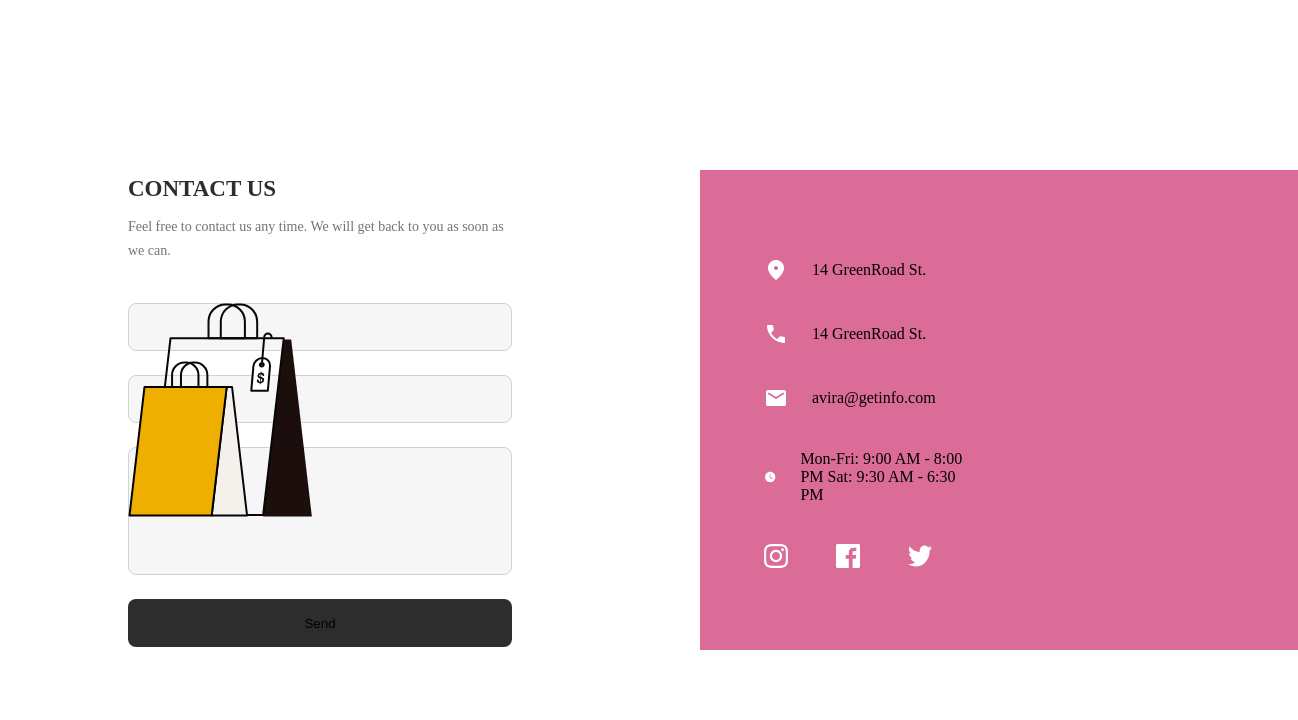
Repository: MehdiKerimov/figma-task-27
Page: pages/contactPage/index.html
The author's editor kept a copy of each file at every save. The page is drawn from the files as they stood at one save, then again after a run of saves.
The browser window is 1280 px wide. The page is 1298 px wide, so the pictures cover 1298 px, including what lies to the right of the window. The pictures show the whole page.
The style sheet was rebuilt from its Sass, Less or Tailwind sources for each picture, by a compiler version that may differ from the author's.

Above is the page before, as saved 2024-02-25 16:34:49.

### pages/contactPage/index.html
<!DOCTYPE html>
<html lang="en">
  <head>
    <meta charset="UTF-8" />
    <meta name="viewport" content="width=device-width, initial-scale=1.0" />
    <title>Document</title>
    <link rel="stylesheet" href="../../css/reset.css" />
    <link rel="stylesheet" href="index.css" />
  </head>
  <body>
    <div class="container">
      <div class="left-container">
        <form action="">
          <h1>CONTACT US</h1>
          <p>
            Feel free to contact us any time. We will get back to you as soon as
            we can.
          </p>
          <label for="">
            <input type="text" />
          </label>
          <label for="">
            <input type="email" />
          </label>
          <label for="">
            <input class="message" type="text" />
          </label>

          <button>Send</button>
        </form>
      </div>

      <div class="right-container">
        <ul>
          <li>
            <svg
              xmlns="http://www.w3.org/2000/svg"
              width="24"
              height="24"
              viewBox="0 0 24 24"
              fill="none"
            >
              <path
                d="M12 12C12.55 12 13.021 11.804 13.413 11.412C13.8043 11.0207 14 10.55 14 10C14 9.45 13.8043 8.979 13.413 8.587C13.021 8.19567 12.55 8 12 8C11.45 8 10.9793 8.19567 10.588 8.587C10.196 8.979 10 9.45 10 10C10 10.55 10.196 11.0207 10.588 11.412C10.9793 11.804 11.45 12 12 12ZM12 22C9.31667 19.7167 7.31267 17.5957 5.988 15.637C4.66267 13.679 4 11.8667 4 10.2C4 7.7 4.80433 5.70833 6.413 4.225C8.021 2.74167 9.88333 2 12 2C14.1167 2 15.979 2.74167 17.587 4.225C19.1957 5.70833 20 7.7 20 10.2C20 11.8667 19.3377 13.679 18.013 15.637C16.6877 17.5957 14.6833 19.7167 12 22Z"
                fill="white"
              />
            </svg>
            <p>14 GreenRoad St.</p>
          </li>
          <li>
            <svg
              xmlns="http://www.w3.org/2000/svg"
              width="24"
              height="24"
              viewBox="0 0 24 24"
              fill="none"
            >
              <path
                d="M19.95 21C17.8 21 15.7043 20.5207 13.663 19.562C11.621 18.604 9.81267 17.3373 8.238 15.762C6.66267 14.1873 5.396 12.379 4.438 10.337C3.47933 8.29567 3 6.2 3 4.05C3 3.75 3.1 3.5 3.3 3.3C3.5 3.1 3.75 3 4.05 3H8.1C8.33333 3 8.54167 3.075 8.725 3.225C8.90833 3.375 9.01667 3.56667 9.05 3.8L9.7 7.3C9.73333 7.53333 9.72933 7.74567 9.688 7.937C9.646 8.129 9.55 8.3 9.4 8.45L7 10.9C7.7 12.1 8.575 13.225 9.625 14.275C10.675 15.325 11.8333 16.2333 13.1 17L15.45 14.65C15.6 14.5 15.796 14.3873 16.038 14.312C16.2793 14.2373 16.5167 14.2167 16.75 14.25L20.2 14.95C20.4333 15 20.625 15.1123 20.775 15.287C20.925 15.4623 21 15.6667 21 15.9V19.95C21 20.25 20.9 20.5 20.7 20.7C20.5 20.9 20.25 21 19.95 21Z"
                fill="white"
              />
            </svg>
            <p>14 GreenRoad St.</p>
          </li>
          <li>
            <svg
              xmlns="http://www.w3.org/2000/svg"
              width="24"
              height="24"
              viewBox="0 0 24 24"
              fill="none"
            >
              <path
                d="M4 20C3.45 20 2.97933 19.8043 2.588 19.413C2.196 19.021 2 18.55 2 18V6C2 5.45 2.196 4.97933 2.588 4.588C2.97933 4.196 3.45 4 4 4H20C20.55 4 21.021 4.196 21.413 4.588C21.8043 4.97933 22 5.45 22 6V18C22 18.55 21.8043 19.021 21.413 19.413C21.021 19.8043 20.55 20 20 20H4ZM12 12.825C12.0833 12.825 12.1707 12.8123 12.262 12.787C12.354 12.7623 12.4417 12.725 12.525 12.675L19.6 8.25C19.7333 8.16667 19.8333 8.06267 19.9 7.938C19.9667 7.81267 20 7.675 20 7.525C20 7.19167 19.8583 6.94167 19.575 6.775C19.2917 6.60833 19 6.61667 18.7 6.8L12 11L5.3 6.8C5 6.61667 4.70833 6.61233 4.425 6.787C4.14167 6.96233 4 7.20833 4 7.525C4 7.69167 4.03333 7.83733 4.1 7.962C4.16667 8.08733 4.26667 8.18333 4.4 8.25L11.475 12.675C11.5583 12.725 11.646 12.7623 11.738 12.787C11.8293 12.8123 11.9167 12.825 12 12.825Z"
                fill="white"
              />
            </svg>
            <p>avira@getinfo.com</p>
          </li>
          <li>
            <svg
              xmlns="http://www.w3.org/2000/svg"
              width="24"
              height="24"
              viewBox="0 0 24 24"
              fill="none"
            >
              <path
                d="M12 2C10.6868 2 9.38642 2.25866 8.17317 2.7612C6.95991 3.26375 5.85752 4.00035 4.92893 4.92893C3.05357 6.8043 2 9.34784 2 12C2 14.6522 3.05357 17.1957 4.92893 19.0711C5.85752 19.9997 6.95991 20.7362 8.17317 21.2388C9.38642 21.7413 10.6868 22 12 22C14.6522 22 17.1957 20.9464 19.0711 19.0711C20.9464 17.1957 22 14.6522 22 12C22 10.6868 21.7413 9.38642 21.2388 8.17317C20.7362 6.95991 19.9997 5.85752 19.0711 4.92893C18.1425 4.00035 17.0401 3.26375 15.8268 2.7612C14.6136 2.25866 13.3132 2 12 2ZM16.2 16.2L11 13V7H12.5V12.2L17 14.9L16.2 16.2Z"
                fill="white"
              />
            </svg>
            <p>Mon-Fri: 9:00 AM - 8:00 PM Sat: 9:30 AM - 6:30 PM</p>
          </li>
        </ul>
        <div class="a-1">
          <a href="https://www.instagram.com/"
            ><svg
              xmlns="http://www.w3.org/2000/svg"
              width="24"
              height="24"
              viewBox="0 0 24 24"
              fill="none"
            >
              <g clip-path="url(#clip0_127_79)">
                <path
                  fill-rule="evenodd"
                  clip-rule="evenodd"
                  d="M7.05273 0.072C8.33236 0.0130909 8.74036 0 12 0C15.2596 0 15.6676 0.0141818 16.9462 0.072C18.2247 0.129818 19.0975 0.333818 19.8611 0.629455C20.6607 0.931636 21.3862 1.404 21.9862 2.01491C22.5971 2.61382 23.0684 3.33818 23.3695 4.13891C23.6662 4.90255 23.8691 5.77527 23.928 7.05164C23.9869 8.33346 24 8.74146 24 12C24 15.2596 23.9858 15.6676 23.928 16.9473C23.8702 18.2236 23.6662 19.0964 23.3695 19.86C23.0684 20.6608 22.5963 21.3864 21.9862 21.9862C21.3862 22.5971 20.6607 23.0684 19.8611 23.3695C19.0975 23.6662 18.2247 23.8691 16.9484 23.928C15.6676 23.9869 15.2596 24 12 24C8.74036 24 8.33236 23.9858 7.05273 23.928C5.77636 23.8702 4.90364 23.6662 4.14 23.3695C3.33919 23.0683 2.61362 22.5963 2.01382 21.9862C1.40332 21.3869 0.930889 20.6617 0.629455 19.8611C0.333818 19.0975 0.130909 18.2247 0.072 16.9484C0.0130909 15.6665 0 15.2585 0 12C0 8.74036 0.0141818 8.33236 0.072 7.05382C0.129818 5.77527 0.333818 4.90255 0.629455 4.13891C0.931334 3.33827 1.40413 2.61307 2.01491 2.01382C2.61386 1.40346 3.3387 0.931029 4.13891 0.629455C4.90255 0.333818 5.77527 0.130909 7.05164 0.072H7.05273ZM16.8491 2.232C15.5836 2.17418 15.204 2.16218 12 2.16218C8.796 2.16218 8.41636 2.17418 7.15091 2.232C5.98036 2.28545 5.34545 2.48073 4.92218 2.64545C4.36255 2.86364 3.96218 3.12218 3.54218 3.54218C3.14405 3.92951 2.83765 4.40104 2.64545 4.92218C2.48073 5.34545 2.28545 5.98036 2.232 7.15091C2.17418 8.41636 2.16218 8.796 2.16218 12C2.16218 15.204 2.17418 15.5836 2.232 16.8491C2.28545 18.0196 2.48073 18.6545 2.64545 19.0778C2.83745 19.5982 3.144 20.0705 3.54218 20.4578C3.92945 20.856 4.40182 21.1625 4.92218 21.3545C5.34545 21.5193 5.98036 21.7145 7.15091 21.768C8.41636 21.8258 8.79491 21.8378 12 21.8378C15.2051 21.8378 15.5836 21.8258 16.8491 21.768C18.0196 21.7145 18.6545 21.5193 19.0778 21.3545C19.6375 21.1364 20.0378 20.8778 20.4578 20.4578C20.856 20.0705 21.1625 19.5982 21.3545 19.0778C21.5193 18.6545 21.7145 18.0196 21.768 16.8491C21.8258 15.5836 21.8378 15.204 21.8378 12C21.8378 8.796 21.8258 8.41636 21.768 7.15091C21.7145 5.98036 21.5193 5.34545 21.3545 4.92218C21.1364 4.36255 20.8778 3.96218 20.4578 3.54218C20.0705 3.14408 19.5989 2.83768 19.0778 2.64545C18.6545 2.48073 18.0196 2.28545 16.8491 2.232ZM10.4673 15.6993C11.3233 16.0556 12.2764 16.1037 13.1639 15.8353C14.0514 15.567 14.8182 14.9988 15.3334 14.2279C15.8485 13.457 16.0801 12.5311 15.9884 11.6085C15.8968 10.6858 15.4876 9.82361 14.8309 9.16909C14.4123 8.7507 13.906 8.43034 13.3487 8.23107C12.7914 8.0318 12.1968 7.95858 11.6078 8.01667C11.0188 8.07477 10.45 8.26274 9.94233 8.56705C9.43468 8.87136 9.00081 9.28445 8.67197 9.77657C8.34312 10.2687 8.12748 10.8276 8.04056 11.413C7.95365 11.9985 7.99762 12.596 8.16932 13.1624C8.34101 13.7288 8.63616 14.2501 9.03351 14.6888C9.43087 15.1275 9.92054 15.4726 10.4673 15.6993ZM7.63855 7.63855C8.2113 7.06579 8.89126 6.61146 9.6396 6.30149C10.3879 5.99151 11.19 5.83197 12 5.83197C12.81 5.83197 13.6121 5.99151 14.3604 6.30149C15.1087 6.61146 15.7887 7.06579 16.3615 7.63855C16.9342 8.2113 17.3885 8.89126 17.6985 9.6396C18.0085 10.3879 18.168 11.19 18.168 12C18.168 12.81 18.0085 13.6121 17.6985 14.3604C17.3885 15.1087 16.9342 15.7887 16.3615 16.3615C15.2047 17.5182 13.6359 18.168 12 18.168C10.3641 18.168 8.79528 17.5182 7.63855 16.3615C6.48182 15.2047 5.83197 13.6359 5.83197 12C5.83197 10.3641 6.48182 8.79528 7.63855 7.63855ZM19.536 6.75055C19.6779 6.61666 19.7916 6.45565 19.8701 6.27706C19.9487 6.09847 19.9907 5.90593 19.9935 5.71083C19.9964 5.51574 19.9601 5.32205 19.8867 5.14125C19.8134 4.96044 19.7045 4.79619 19.5665 4.65822C19.4285 4.52026 19.2643 4.41137 19.0835 4.33802C18.9027 4.26467 18.709 4.22834 18.5139 4.23118C18.3188 4.23403 18.1263 4.27599 17.9477 4.35458C17.7691 4.43317 17.6081 4.54679 17.4742 4.68873C17.2138 4.96476 17.0712 5.33141 17.0768 5.71083C17.0823 6.09026 17.2355 6.4526 17.5038 6.72092C17.7721 6.98924 18.1345 7.14243 18.5139 7.14796C18.8933 7.15349 19.26 7.01093 19.536 6.75055Z"
                  fill="white"
                />
              </g>
              <defs>
                <clipPath id="clip0_127_79">
                  <rect width="24" height="24" fill="white" />
                </clipPath>
              </defs></svg
          ></a>
          <a href="https://www.facebook.com/"
            ><svg
              xmlns="http://www.w3.org/2000/svg"
              width="24"
              height="24"
              viewBox="0 0 24 24"
              fill="none"
            >
              <g clip-path="url(#clip0_127_89)">
                <path
                  d="M22.67 0H1.33C0.978071 0.00261668 0.641298 0.143581 0.39244 0.39244C0.143581 0.641298 0.00261668 0.978071 0 1.33V22.67C0.00261668 23.0219 0.143581 23.3587 0.39244 23.6076C0.641298 23.8564 0.978071 23.9974 1.33 24H12.82V14.72H9.7V11.09H12.82V8.42C12.82 5.32 14.71 3.63 17.49 3.63C18.42 3.63 19.35 3.63 20.28 3.77V7H18.37C16.86 7 16.57 7.72 16.57 8.77V11.08H20.17L19.7 14.71H16.57V24H22.67C23.0219 23.9974 23.3587 23.8564 23.6076 23.6076C23.8564 23.3587 23.9974 23.0219 24 22.67V1.33C23.9974 0.978071 23.8564 0.641298 23.6076 0.39244C23.3587 0.143581 23.0219 0.00261668 22.67 0Z"
                  fill="white"
                />
              </g>
              <defs>
                <clipPath id="clip0_127_89">
                  <rect width="24" height="24" fill="white" />
                </clipPath>
              </defs></svg
          ></a>
          <a href="https://twitter.com/i/flow/login"
            ><svg
              xmlns="http://www.w3.org/2000/svg"
              width="24"
              height="22"
              viewBox="0 0 24 22"
              fill="none"
            >
              <path
                d="M24 2.99454C23.1174 3.4046 22.157 3.69972 21.1676 3.81466C22.1948 3.15743 22.9639 2.11912 23.3308 0.894539C22.367 1.51208 21.3111 1.94511 20.2101 2.17442C19.7499 1.64453 19.1933 1.2224 18.575 0.934326C17.9567 0.646252 17.2899 0.49841 16.6163 0.500013C13.8906 0.500013 11.6986 2.8796 11.6986 5.79971C11.6986 6.20977 11.7447 6.61983 11.8197 7.01436C7.73849 6.78448 4.09855 4.68448 1.67864 1.46924C1.23771 2.2804 1.00665 3.204 1.00949 4.14394C1.00949 5.983 1.87766 7.60459 3.20154 8.55829C2.42136 8.5252 1.65944 8.29423 0.977767 7.88418V7.94942C0.977767 10.5247 2.66795 12.6589 4.92056 13.1497C4.49761 13.268 4.06251 13.3286 3.62553 13.3299C3.30537 13.3299 3.00252 13.2957 2.69679 13.2491C3.31979 15.3491 5.134 16.8744 7.29432 16.9241C5.60413 18.35 3.48708 19.1888 1.18832 19.1888C0.775868 19.1888 0.395145 19.1732 0 19.1235C2.18051 20.6302 4.7677 21.5 7.5539 21.5C16.599 21.5 21.5484 13.4293 21.5484 6.42412C21.5484 6.19424 21.5484 5.96436 21.534 5.73448C22.4915 4.9796 23.3308 4.04454 24 2.99454Z"
                fill="white"
              /></svg
          ></a>
        </div>
      </div>
      <svg class="bottom-img" xmlns="http://www.w3.org/2000/svg" width="184" height="214" viewBox="0 0 184 214" fill="none">
        <path d="M97.5006 1.49594H99.9113C104.417 1.49594 108.738 3.29997 111.924 6.51116C115.11 9.72234 116.899 14.0777 116.899 18.619V35.15H80.5126V18.619C80.5126 14.0777 82.3024 9.72234 85.4882 6.51116C88.6741 3.29997 92.9951 1.49594 97.5006 1.49594V1.49594Z" stroke="#070707" stroke-width="2" stroke-linecap="round" stroke-linejoin="round"/>
        <path d="M109.777 1.49594H112.191C116.696 1.49594 121.017 3.29997 124.203 6.51116C127.389 9.72234 129.179 14.0777 129.179 18.619V35.15H92.7894V18.619C92.7894 16.3703 93.2288 14.1437 94.0825 12.0663C94.9362 9.9888 96.1876 8.10118 97.765 6.51116C99.3425 4.92114 101.215 3.65987 103.276 2.79935C105.337 1.93884 107.547 1.49594 109.777 1.49594Z" stroke="#070707" stroke-width="2" stroke-linecap="round" stroke-linejoin="round"/>
        <path d="M183.862 213.541H135.124L155.784 36.5874H163.198L183.862 213.541Z" fill="#1C0E0C"/>
        <path d="M155.784 35.1474L135.124 212.101H21.8649L42.528 35.1474H155.784Z" stroke="#070707" stroke-width="2" stroke-linecap="round" stroke-linejoin="round"/>
        <path d="M141.33 89.1713H124.739L126.853 64.8154C127.253 60.1986 131.292 56.4556 135.872 56.4556C140.455 56.4556 143.843 60.1986 143.443 64.8154L141.33 89.1713Z" fill="white"/>
        <path d="M139.871 87.7004H123.28L125.393 63.3446C125.796 58.7278 129.833 54.9847 134.416 54.9847C138.996 54.9847 142.387 58.7278 141.984 63.3446L139.871 87.7004Z" stroke="#070707" stroke-width="2" stroke-linecap="round" stroke-linejoin="round"/>
        <path d="M135.004 63.0278C135.75 62.3083 135.824 61.1666 135.17 60.4779C134.516 59.7892 133.381 59.8141 132.636 60.5337C131.89 61.2532 131.816 62.3948 132.47 63.0836C133.124 63.7723 134.259 63.7473 135.004 63.0278Z" stroke="#070707" stroke-width="2" stroke-linecap="round" stroke-linejoin="round"/>
        <path d="M133.882 61.5299L136.247 33.8885C136.326 32.9656 136.746 32.1062 137.424 31.4803C138.102 30.8543 138.987 30.5071 139.907 30.5074C140.881 30.5074 141.817 30.8975 142.506 31.5922C143.196 32.2868 143.584 33.229 143.584 34.2117" stroke="#070707" stroke-width="2" stroke-linecap="round" stroke-linejoin="round"/>
        <path d="M132.787 78.9011C133.209 78.8336 133.601 78.6379 133.91 78.3402C134.177 78.0774 134.342 77.7271 134.375 77.3527C134.402 77.1853 134.39 77.0139 134.34 76.8519C134.291 76.6899 134.204 76.5418 134.087 76.4195C133.79 76.1599 133.44 75.9685 133.062 75.8586L132.195 75.5923C131.679 75.4544 131.178 75.262 130.702 75.0184C130.313 74.8151 129.991 74.5027 129.774 74.1188C129.536 73.6579 129.447 73.134 129.517 72.6196C129.563 71.8705 129.895 71.1684 130.443 70.6601C131.075 70.1167 131.87 69.8043 132.7 69.7735H133.574C134.001 69.8081 134.419 69.9111 134.813 70.0785C135.154 70.2317 135.449 70.4702 135.672 70.7713C135.849 70.9907 135.99 71.2378 136.088 71.5028C136.175 71.7209 136.213 71.9558 136.198 72.1904C136.171 72.4227 136.061 72.6371 135.889 72.794C135.717 72.9508 135.494 73.0395 135.262 73.0435C134.811 73.0435 134.54 72.7979 134.452 72.3068C134.414 72.0382 134.3 71.7865 134.123 71.5819C133.947 71.3773 133.715 71.2286 133.457 71.1539L132.582 71.1254C132.241 71.214 131.921 71.3705 131.641 71.5856C131.518 71.6931 131.42 71.8252 131.351 71.9734C131.282 72.1216 131.244 72.2827 131.241 72.4464C131.216 72.5935 131.223 72.7444 131.264 72.888C131.304 73.0316 131.376 73.1642 131.474 73.2761C131.727 73.5083 132.026 73.6844 132.351 73.7931L133.205 74.0516C133.759 74.2093 134.203 74.3515 134.529 74.4808C134.849 74.6087 135.14 74.8004 135.385 75.0443C135.648 75.2975 135.846 75.6104 135.965 75.9568C136.09 76.3306 136.134 76.7275 136.093 77.12C136.049 77.6476 135.879 78.1567 135.598 78.6038C135.302 79.0734 134.895 79.4616 134.413 79.7335C133.876 80.0337 133.28 80.2103 132.667 80.2505H131.79C131.313 80.2063 130.847 80.0777 130.415 79.8705C130.055 79.6952 129.734 79.4481 129.471 79.1441C129.244 78.8795 129.07 78.5732 128.958 78.2419C128.86 77.9459 128.821 77.6329 128.845 77.3217C128.877 77.0827 128.994 76.8633 129.173 76.7038C129.353 76.5443 129.583 76.4553 129.822 76.4531C130.004 76.4462 130.184 76.4969 130.335 76.5979C130.469 76.6977 130.56 76.8444 130.592 77.0089C130.662 77.3037 130.747 77.5945 130.848 77.88C130.929 78.0901 131.055 78.2791 131.218 78.4332C131.42 78.6154 131.663 78.7457 131.925 78.8132L132.787 78.9011Z" fill="#070707"/>
        <path d="M132.149 81.3025H132.118C132.07 81.2986 132.023 81.2852 131.98 81.2631C131.938 81.2409 131.9 81.2105 131.869 81.1734C131.838 81.1364 131.814 81.0936 131.8 81.0475C131.785 81.0013 131.78 80.9527 131.784 80.9044L132.831 68.8713C132.839 68.7743 132.885 68.6845 132.959 68.6217C133.033 68.559 133.128 68.5283 133.224 68.5365C133.321 68.5448 133.41 68.5912 133.472 68.6656C133.534 68.74 133.565 68.8363 133.557 68.9333L132.513 80.9665C132.504 81.0582 132.462 81.1434 132.395 81.2055C132.328 81.2677 132.24 81.3023 132.149 81.3025Z" fill="#070707"/>
        <path d="M56.3873 59.5808H58.1363C61.4053 59.5808 64.5403 60.8897 66.8518 63.2196C69.1633 65.5494 70.4619 68.7094 70.4619 72.0043V83.9987H44.0617V72.0043C44.0617 68.7094 45.3603 65.5494 47.6718 63.2196C49.9833 60.8897 53.1183 59.5808 56.3873 59.5808V59.5808Z" stroke="#070707" stroke-width="2" stroke-linecap="round" stroke-linejoin="round"/>
        <path d="M65.2942 59.5808H67.0535C70.3202 59.5849 73.4517 60.896 75.7599 63.226C78.0682 65.556 79.3643 68.7142 79.3637 72.0069V84.0013H52.9686V72.0069C52.9683 70.3752 53.2869 68.7594 53.9061 67.2518C54.5254 65.7443 55.4332 64.3744 56.5778 63.2205C57.7224 62.0666 59.0812 61.1513 60.5768 60.5268C62.0724 59.9023 63.6754 59.5808 65.2942 59.5808V59.5808Z" stroke="#070707" stroke-width="2" stroke-linecap="round" stroke-linejoin="round"/>
        <path d="M119.049 212.395H83.685L98.6778 83.9987H104.056L119.049 212.395Z" fill="#F4F1ED" stroke="#070707" stroke-width="2" stroke-linecap="round" stroke-linejoin="round"/>
        <path d="M98.6778 83.9987L83.685 212.395H1.50702L16.4998 83.9987H98.6778Z" fill="#EFAF00" stroke="black" stroke-width="2" stroke-linecap="round" stroke-linejoin="round"/>
      </svg>
    </div>
  </body>
</html>

### css/reset.css
*{
    margin: 0;
    padding: 0;
    box-sizing: border-box;
}
button{
    background: none;
    border: none;
}

### pages/contactPage/index.scss
.container {
  display: flex;
  align-items: center;
  min-height: 100vh;
  padding: 100px 0px 0px 128px;
  .left-container {
    h1 {
      color: var(--Text-Color-Primary, #2d2d2d);
      font-family: Poppins;
      font-size: 23px;
      font-style: normal;
      font-weight: 600;
      line-height: 32px;
    }
    p {
      margin-top: 10px;
      margin-bottom: 40px;
      width: 384px;
      color: var(--Text-Color-Tertiary, #737373);
      font-family: Poppins;
      font-size: 14px;
      font-style: normal;
      font-weight: 400;
      line-height: 24px;
    }
    form {
      display: flex;
      flex-direction: column;
      label {
        input {
          width: 384px;
          height: 48px;
          border-radius: 8px;
          border: 1px solid var(--Neutrals-Rule, #d2d2d2);
          background: var(--Neutrals-Text-field-bg, #f6f6f6);
          margin-bottom: 24px;
        }
        .message {
          width: 384px;
          height: 128px;
        }
      }
      button {
        width: 384px;
        height: 48px;
        border-radius: 8px;
        background: var(--Text-Color-Primary, #2d2d2d);
      }
    }
  }
  .right-container {
    margin-left: 188px;
    width: 640px;
    height: 480px;
    padding: 88px 318px 88px 64px;

    background: var(--Text-Color-Accent, #db6b97);
    ul {
      li {
        list-style-type: none;
        display: flex;
        align-items: center;
        margin-bottom: 40px;

        svg {
          margin-right: 24px;
          width: 24px;
          height: 24px;
        }
        p {
        }
      }
    }
    .a-1 {
      display: flex;
      svg {
        width: 24px;
        height: 24px;
      }
      a {
        margin-right: 48px;
      }
    }
  }
  .bottom-img{
    position: absolute;
  }
}

After the next 4 saves:
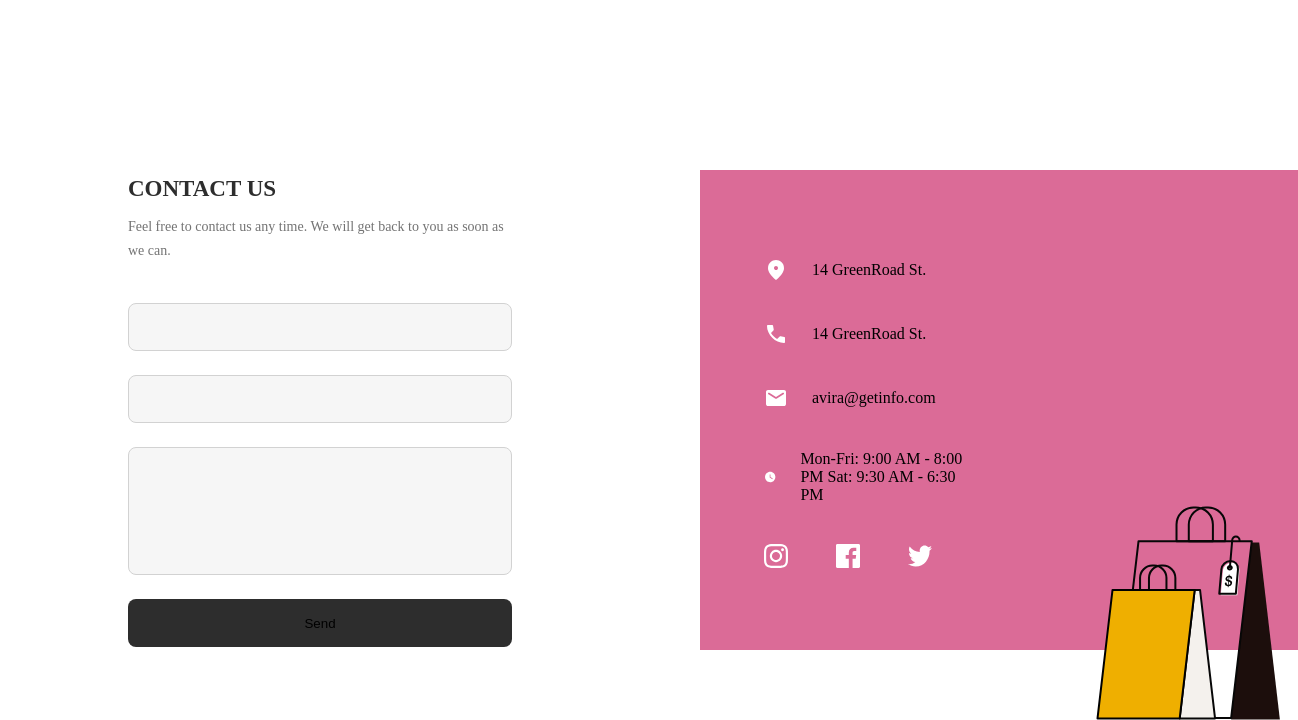
The 4 saves are shown as one change because they came seconds apart.
The last was saved 40 s later.
--- a/pages/contactPage/index.scss
+++ b/pages/contactPage/index.scss
@@ -84,5 +84,7 @@
   }
   .bottom-img{
     position: absolute;
+    bottom: 0;
+    right: 0;
   }
 }
